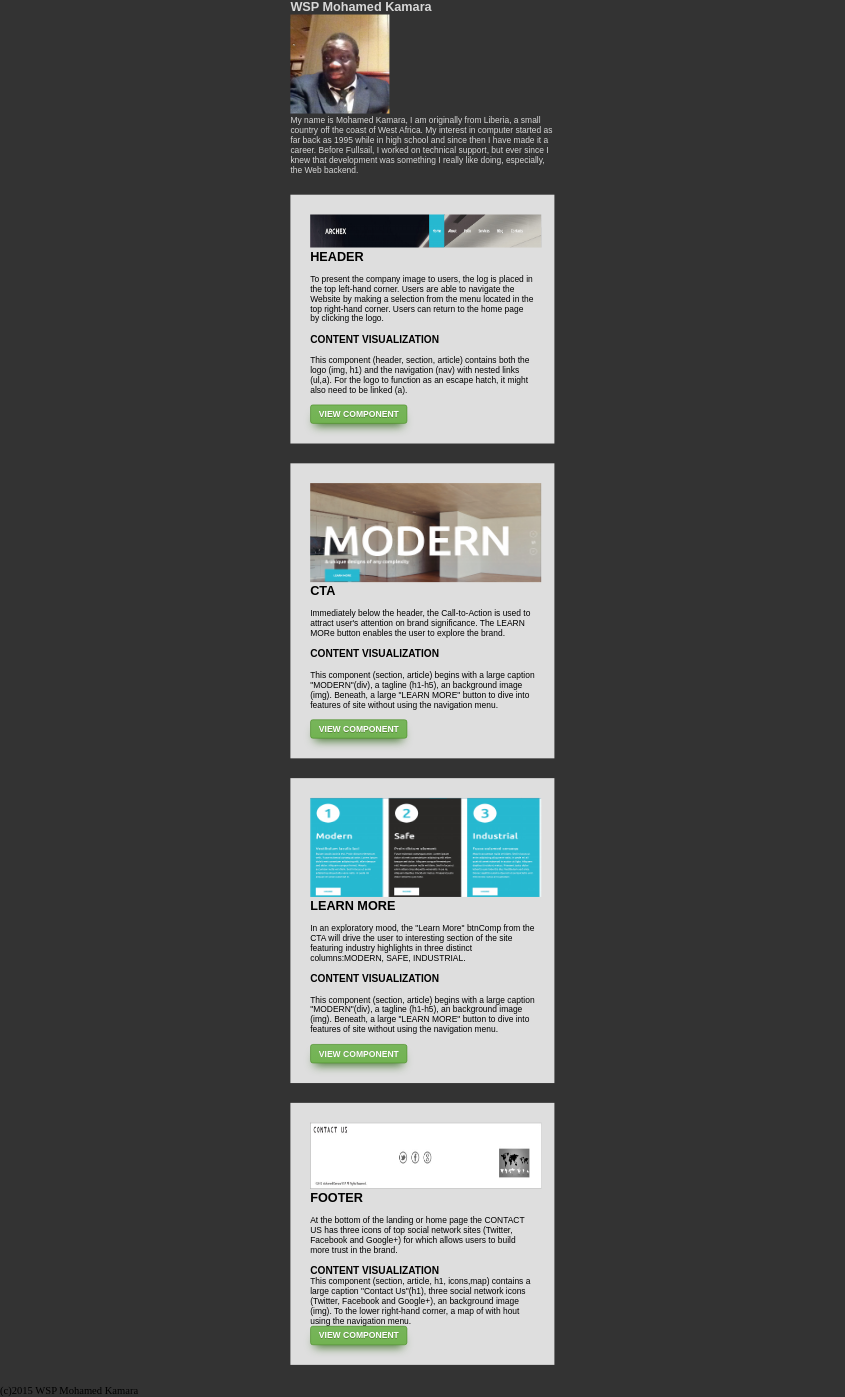
Repository: makamara/WSP_Project
Page: wsp/index.html
The author's editor kept a copy of each file at every save. The page is drawn from the files as they stood at one save, then again after the next save.
The browser window is 1280 px wide. The pictures show the whole page, at 66% of full size.

Above is the page before, as saved 2015-09-15 23:16:49.

After the next save:
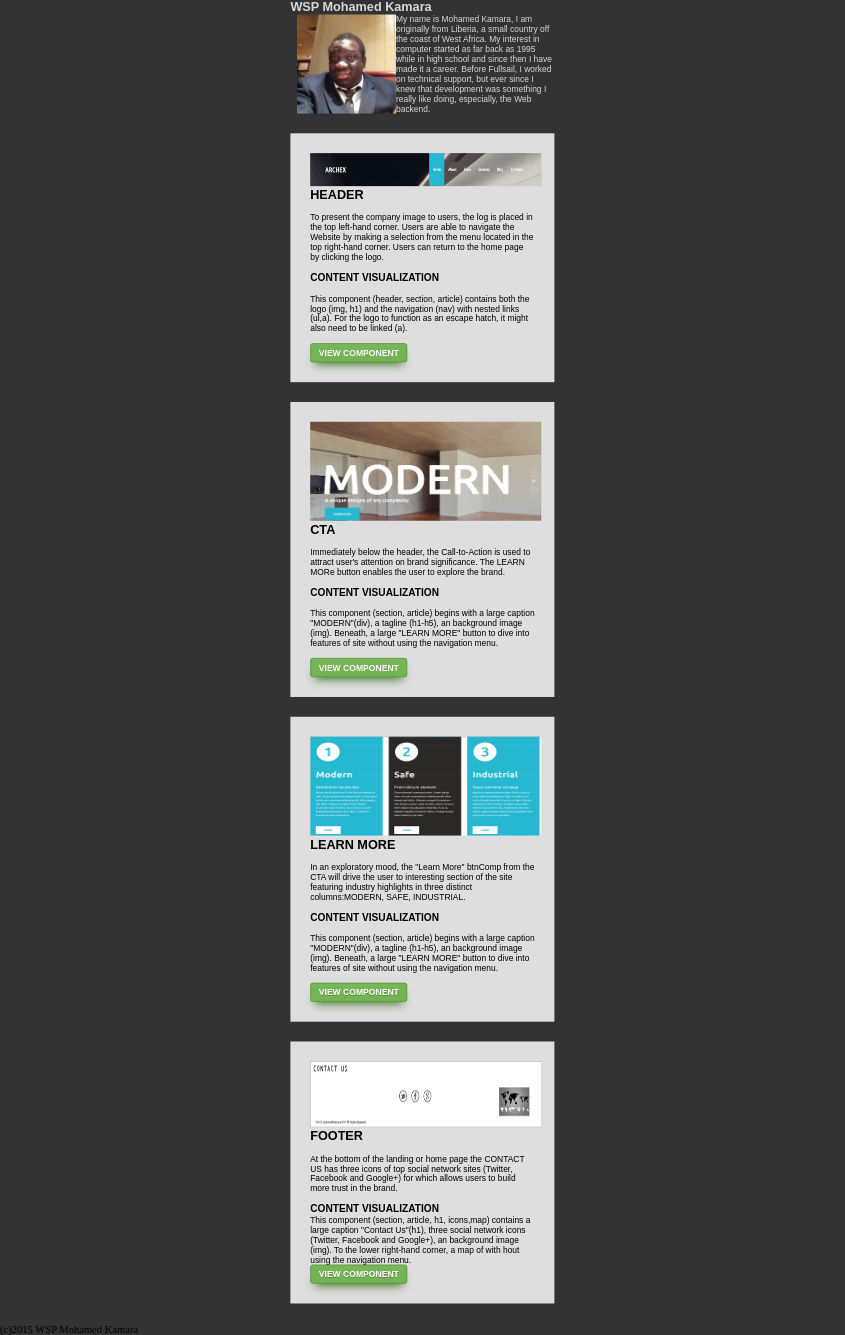
Saved 105 s later.
--- a/wsp/css/main.css
+++ b/wsp/css/main.css
@@ -43,6 +43,12 @@ h3 {
 
 }
 
+.image {
+    float: left;
+    margin: 0 0 10px 10px;
+
+}
+
 /* View Component button ============================== */
 .btnComp {
 	-moz-box-shadow: 0px 10px 14px -7px #3e7327;
